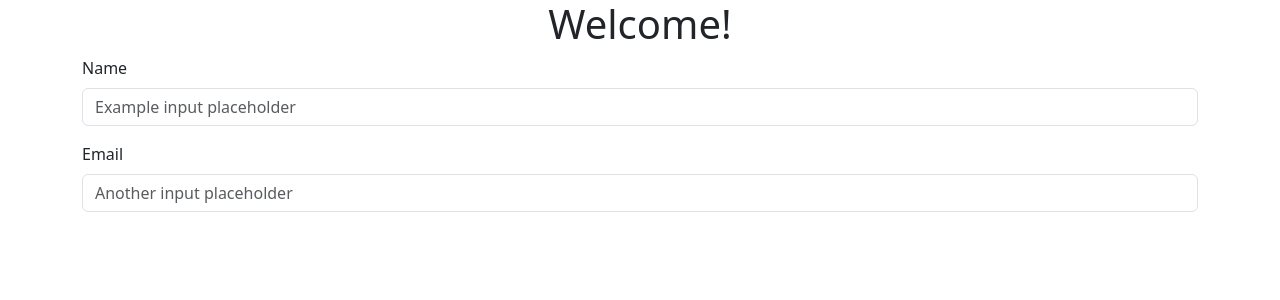
Repository: Senyadt2/Projects-On-Java
Page: HTTP-Servlet-request-response/src/main/webapp/index.html
These files come from the project's save history. The page is drawn as it stood at one moment and after the next save; the edit follows.
The browser window is 1280 px wide. The pictures show the whole page.

Above is the page before, as saved 2024-03-24 04:22:30.

After the next save:
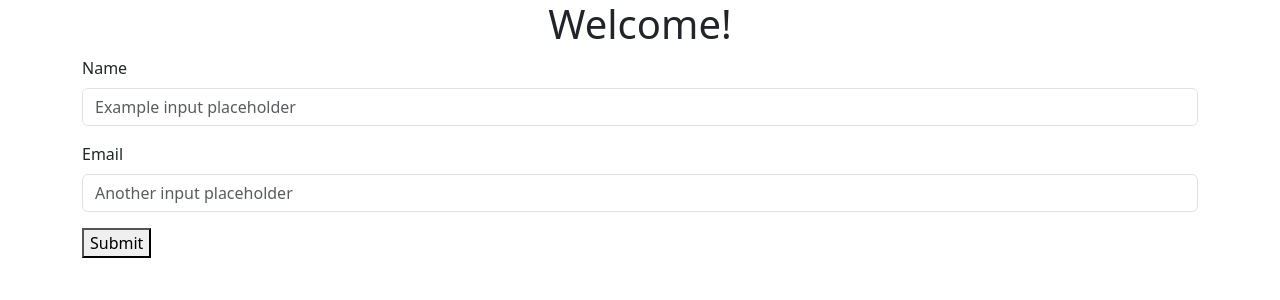
Saved 47 s later.
--- a/HTTP-Servlet-request-response/src/main/webapp/index.html
+++ b/HTTP-Servlet-request-response/src/main/webapp/index.html
@@ -24,6 +24,7 @@
 				<input name="email" type="text" class="form-control"
 					id="formGroupExampleInput2" placeholder="Another input placeholder">
 			</div>
+			<button type="submit">Submit</button>
 		</form>
 	</div>
 	<script
